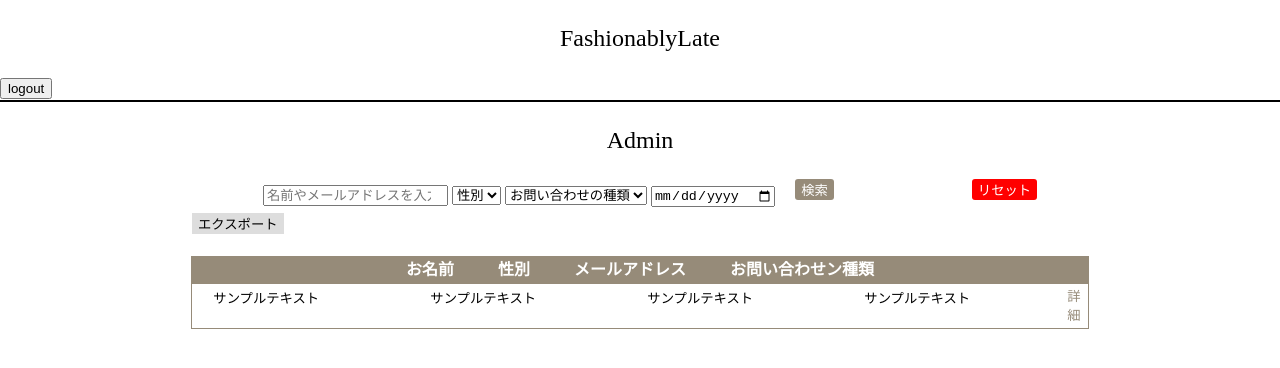
Repository: mayu-ya/test_form
Page: http://localhost/
These files come from the project's save history. The page is drawn as it stood at one moment and after the next save; the edit follows.
The browser window is 1280 px wide. The pictures show the whole page.
The page is served by the project's Laravel application, run on PHP 8.4 with Laravel 8.

Above is the page before, as saved 2026-01-17 23:08:31.

After the next save:
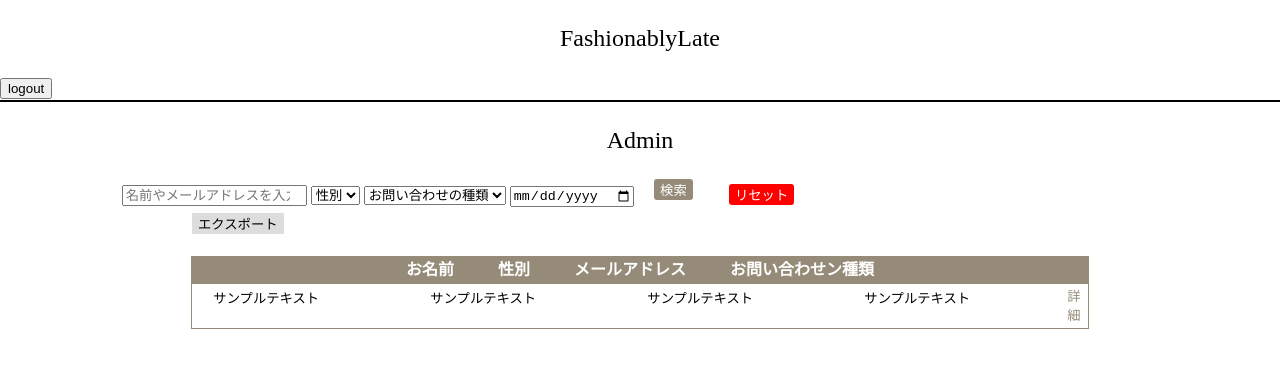
Saved 2 min 50 s later.
--- a/src/public/css/admin.css
+++ b/src/public/css/admin.css
@@ -13,9 +13,9 @@
 
 .search {
     display: flex;
-    margin: 0 auto;
+    align-items: center;
+    justify-content: center;
     width: 70%;
-    justify-content: space-around;
 }
 
 .form__search {
